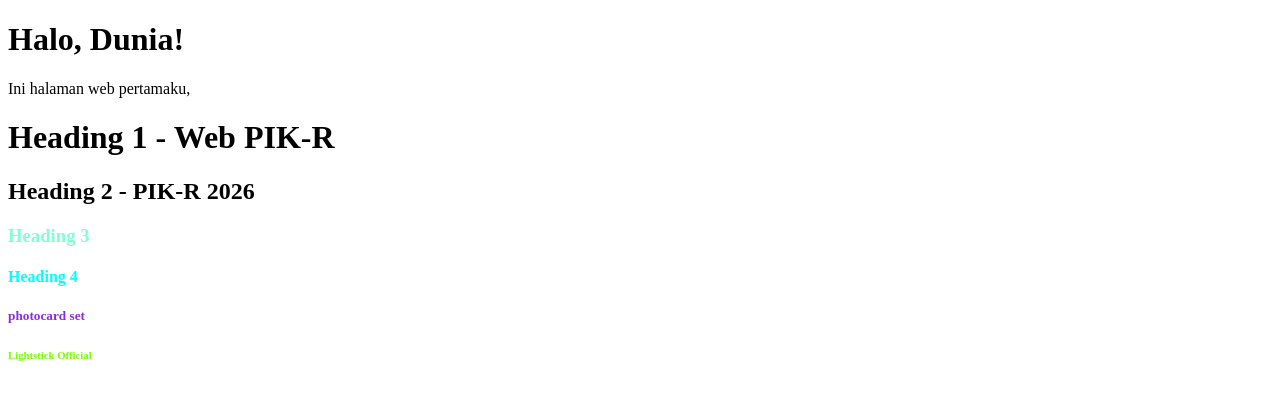
Repository: sekartazivi/241552010020-Web-Application-Development
Page: test.html
An editor plug-in stored every save of this project. The page is shown before and after a run of saves, followed by the edit.
The browser window is 1280 px wide. The pictures show the whole page.

Above is the page before, as saved 2026-02-20 08:36:22.

### test.html
<!DOCTYPE html>
<html lang="en">
<head>
    <meta charset="UTF-8">
    <meta name="viewport" content="width=device-width, initial-scale=<,>">
    <title>Document</title>
</head>
<body>
    <h1>Halo, Dunia!</h1>
    <p>Ini halaman web pertamaku,</p>
    <h1>Heading 1 - Web PIK-R</h1>
    <h2 s>Heading 2 - PIK-R 2026</h2>
    <h3 style="color: aquamarine;" >Heading 3</h3>
    <h4 style="color: aqua;" >Heading 4</h4>
    <h5 style="color: blueviolet;">photocard set</h5>
    <h6 style="color: rgb(119, 255, 0);">Lightstick Official</h6>
</body>
</html>

After the next 3 saves:
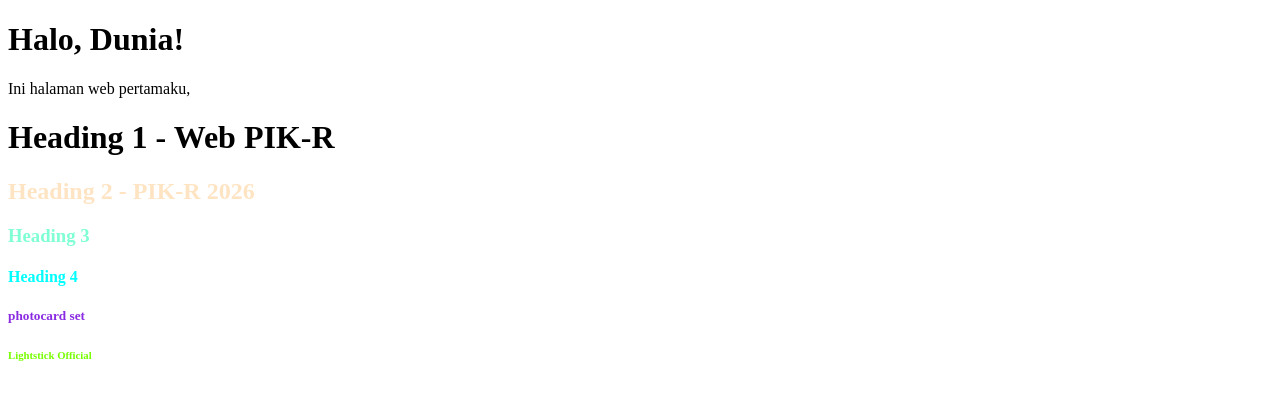
The 3 saves are shown as one change because they came seconds apart.
The last was saved 10 s later.
--- a/test.html
+++ b/test.html
@@ -9,7 +9,7 @@
     <h1>Halo, Dunia!</h1>
     <p>Ini halaman web pertamaku,</p>
     <h1>Heading 1 - Web PIK-R</h1>
-    <h2 s>Heading 2 - PIK-R 2026</h2>
+    <h2 style="color: bisque;">Heading 2 - PIK-R 2026</h2>
     <h3 style="color: aquamarine;" >Heading 3</h3>
     <h4 style="color: aqua;" >Heading 4</h4>
     <h5 style="color: blueviolet;">photocard set</h5>
